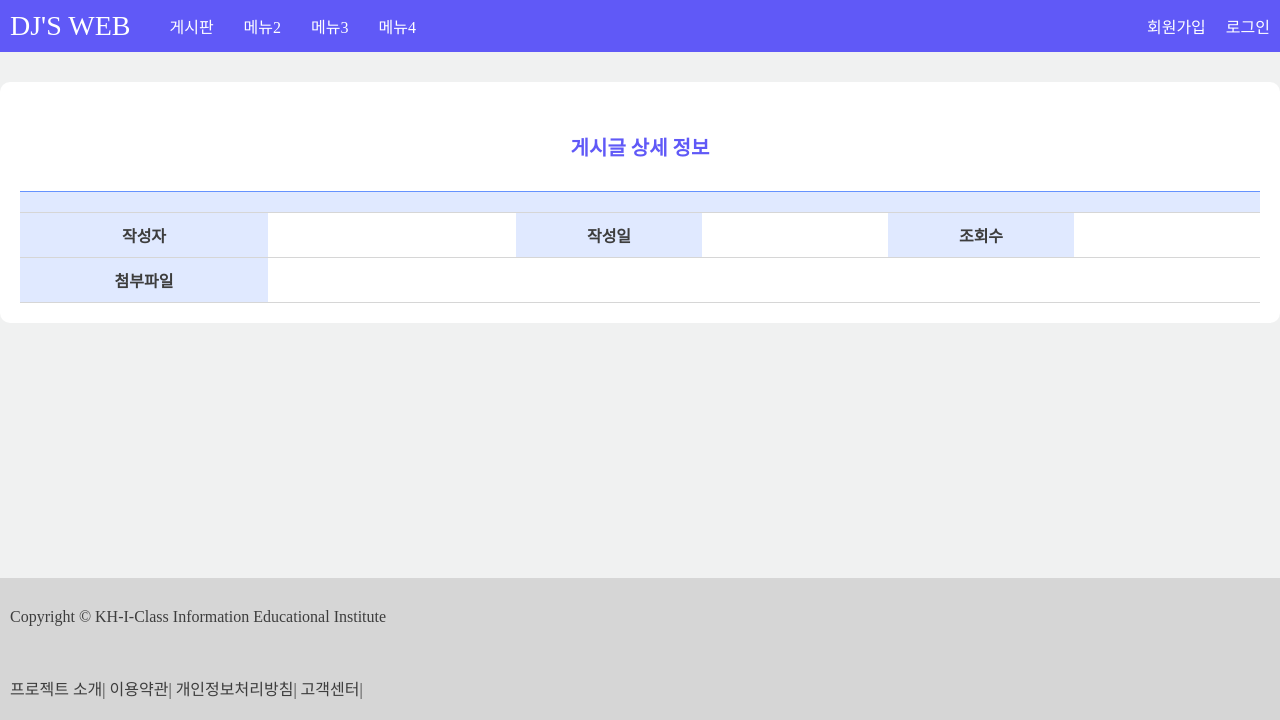
Repository: Godzilla-Man/codingStudy
Page: http://localhost/server_06_notice/notice/view
The author's editor kept a copy of each file at every save. The page is drawn from the files as they stood at one save, then again after the next save.
The browser window is 1280 px wide. The pictures show the whole page.
Some web fonts or font styles are not loaded; a fallback is used. The page is served by Tomcat 9. Queries for data that is not in the repository find no rows.

Above is the page before, as saved 2025-05-12 01:11:06.

After the next save:
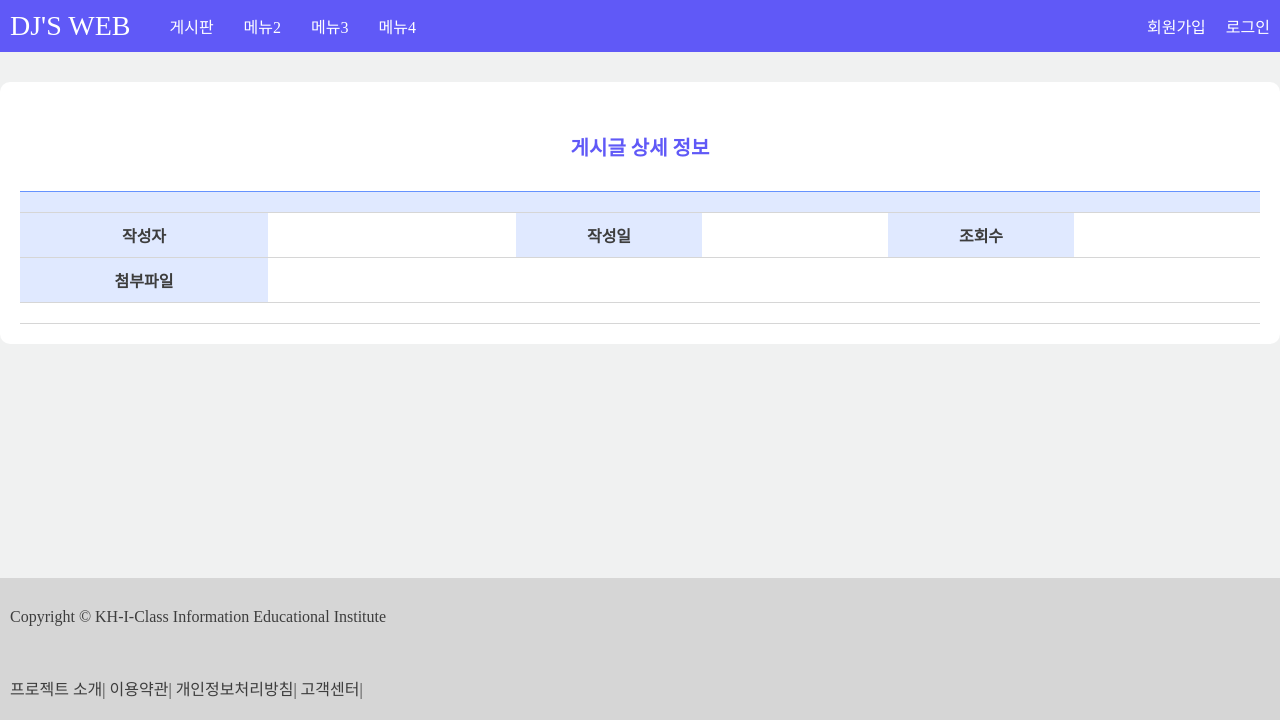
Saved 55 s later.
--- a/server_06_notice/src/main/webapp/WEB-INF/views/notice/view.jsp
+++ b/server_06_notice/src/main/webapp/WEB-INF/views/notice/view.jsp
@@ -31,10 +31,16 @@
 							<c:forEach var="file" items="${notice.fileList}">
 								${file.fileName} <br>
 							</c:forEach>
+						</td>
+					</tr>
+					<tr>
+						<td class="left" colspan="6">
+							<div class="noticeContent">${notice.noticeContent}</div>
+						</td>
+					</tr>
 				</table>
 			</section>
 		</main>
-
 		<jsp:include page="/WEB-INF/views/common/footer.jsp"></jsp:include>
 	</div>
 </body>
